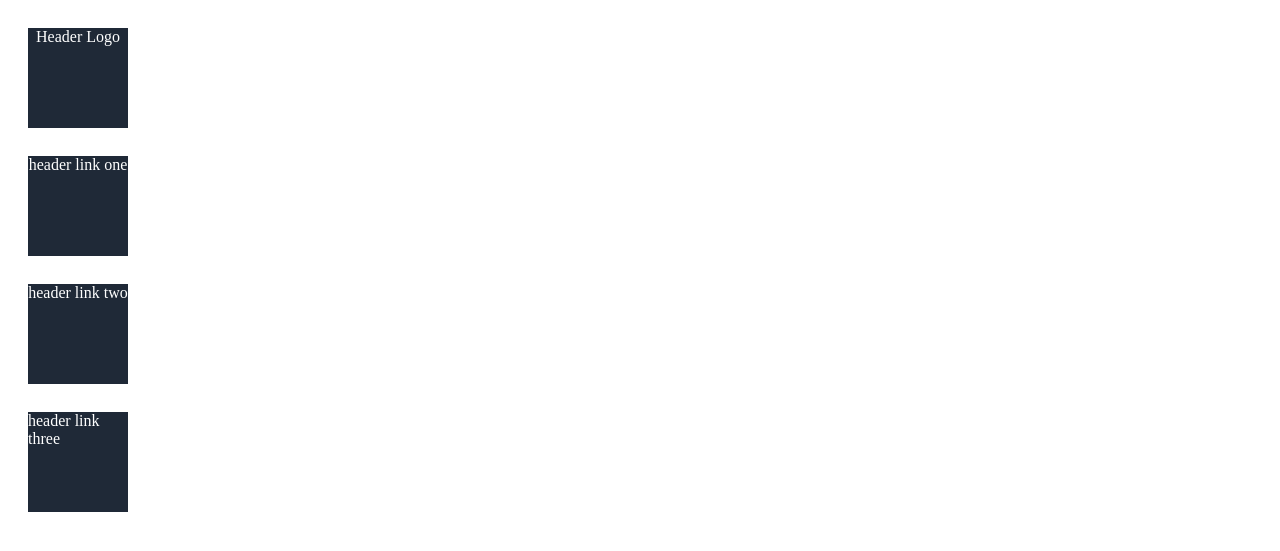
Repository: Grace561/css-exercises
Page: index.html
The author's editor kept a copy of each file at every save. The page is drawn from the files as they stood at one save, then again after the next save.
The browser window is 1280 px wide. The pictures show the whole page.

Above is the page before, as saved 2025-04-14 13:54:55.

After the next save:
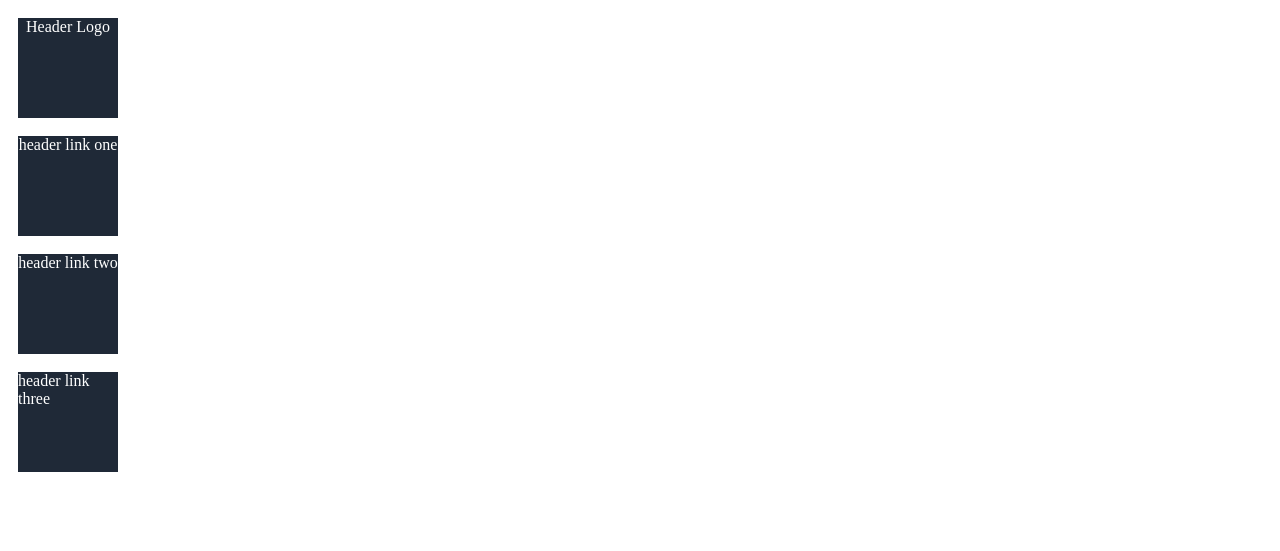
Saved 12 s later.
--- a/style.css
+++ b/style.css
@@ -9,7 +9,7 @@
     height: 100px;
     background: #1f2937;
     color:#fff;
-    margin: 28px;
+    margin: 18px;
 
     display: flex;
     justify-content: center;
